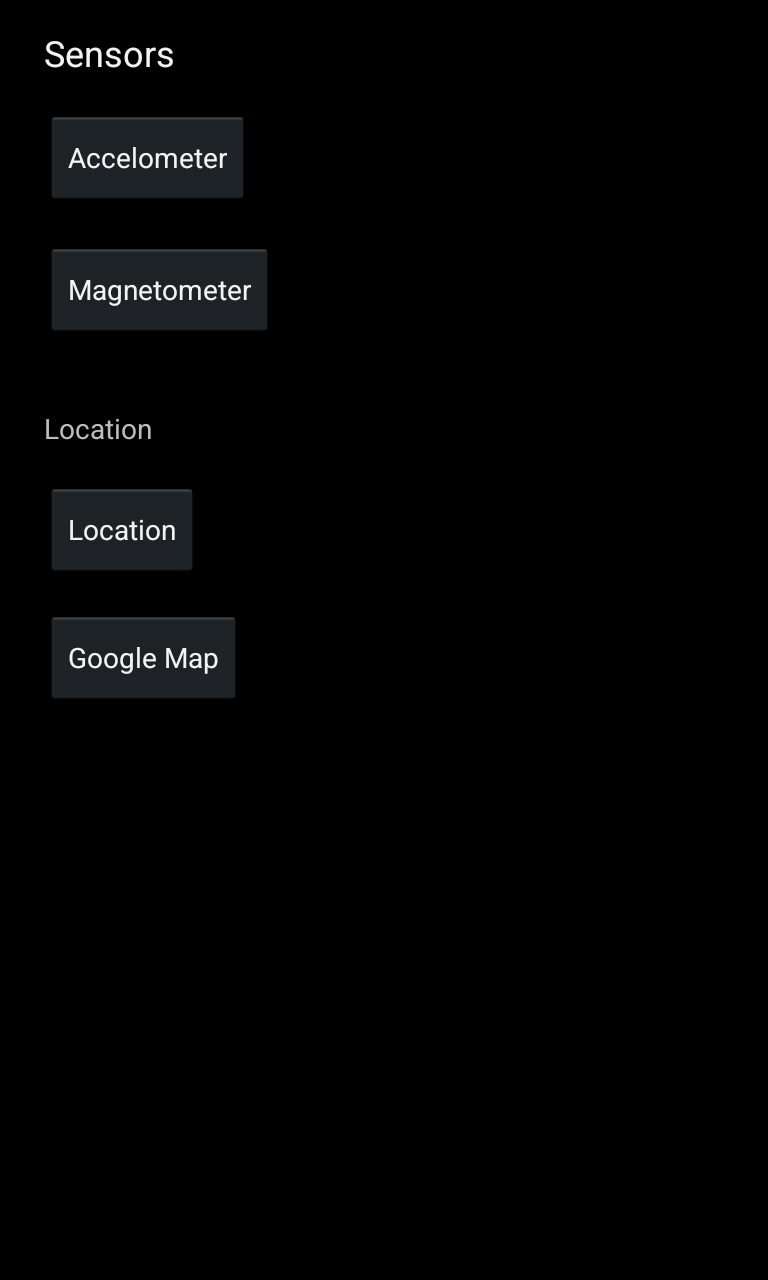
Repository: Amir13/Android_Basic_Steps
Layout: ViewElements5/res/layout/fragment_thrid.xml
These files come from the project's save history. The layout is drawn as it stood at one moment and after a run of saves; the edit follows.
It is drawn on a 768 x 1280 px phone screen (xhdpi) without system bars, with theme android:Theme.Holo; the app's code is not run.

Above is the layout before, as saved 2014-06-23 23:44:40.

### ViewElements5/res/layout/fragment_thrid.xml
<?xml version="1.0" encoding="utf-8"?>
<RelativeLayout xmlns:android="http://schemas.android.com/apk/res/android"
    android:layout_width="match_parent"
    android:layout_height="match_parent"
    android:orientation="vertical" >

    <Button
        android:id="@+id/btnMagnetometer"
        style="?android:attr/buttonStyleSmall"
        android:layout_width="wrap_content"
        android:layout_height="wrap_content"
        android:layout_alignLeft="@+id/btnSensorAcc"
        android:layout_below="@+id/btnSensorAcc"
        android:layout_marginTop="18dp"
        android:text="Magnetometer" />

    <Button
        android:id="@+id/btnSensorAcc"
        style="?android:attr/buttonStyleSmall"
        android:layout_width="wrap_content"
        android:layout_height="wrap_content"
        android:layout_alignParentLeft="true"
        android:layout_below="@+id/textView1"
        android:layout_marginLeft="22dp"
        android:layout_marginTop="16dp"
        android:text="Accelometer" />

    <TextView
        android:id="@+id/textView1"
        android:layout_width="wrap_content"
        android:layout_height="wrap_content"
        android:layout_alignLeft="@+id/btnSensorAcc"
        android:layout_alignParentTop="true"
        android:layout_marginTop="14dp"
        android:text="Sensors"
        android:textAppearance="?android:attr/textAppearanceMedium" />

    <TextView
        android:id="@+id/textView2"
        android:layout_width="wrap_content"
        android:layout_height="wrap_content"
        android:layout_alignLeft="@+id/btnMagnetometer"
        android:layout_below="@+id/btnMagnetometer"
        android:layout_marginTop="36dp"
        android:text="Location" />

    <Button
        android:id="@+id/btnLocation"
        android:layout_width="wrap_content"
        android:layout_height="wrap_content"
        style="?android:attr/buttonStyleSmall"
        android:layout_alignLeft="@+id/textView2"
        android:layout_below="@+id/textView2"
        android:layout_marginTop="17dp"
        android:text="Location" />

    <Button
        android:id="@+id/btnMap"
        android:layout_width="wrap_content"
        android:layout_height="wrap_content"
        style="?android:attr/buttonStyleSmall"
        android:layout_alignLeft="@+id/btnLocation"
        android:layout_below="@+id/btnLocation"
        android:layout_marginTop="16dp"
        android:text="Google Map" />

</RelativeLayout>

After the next 2 saves:
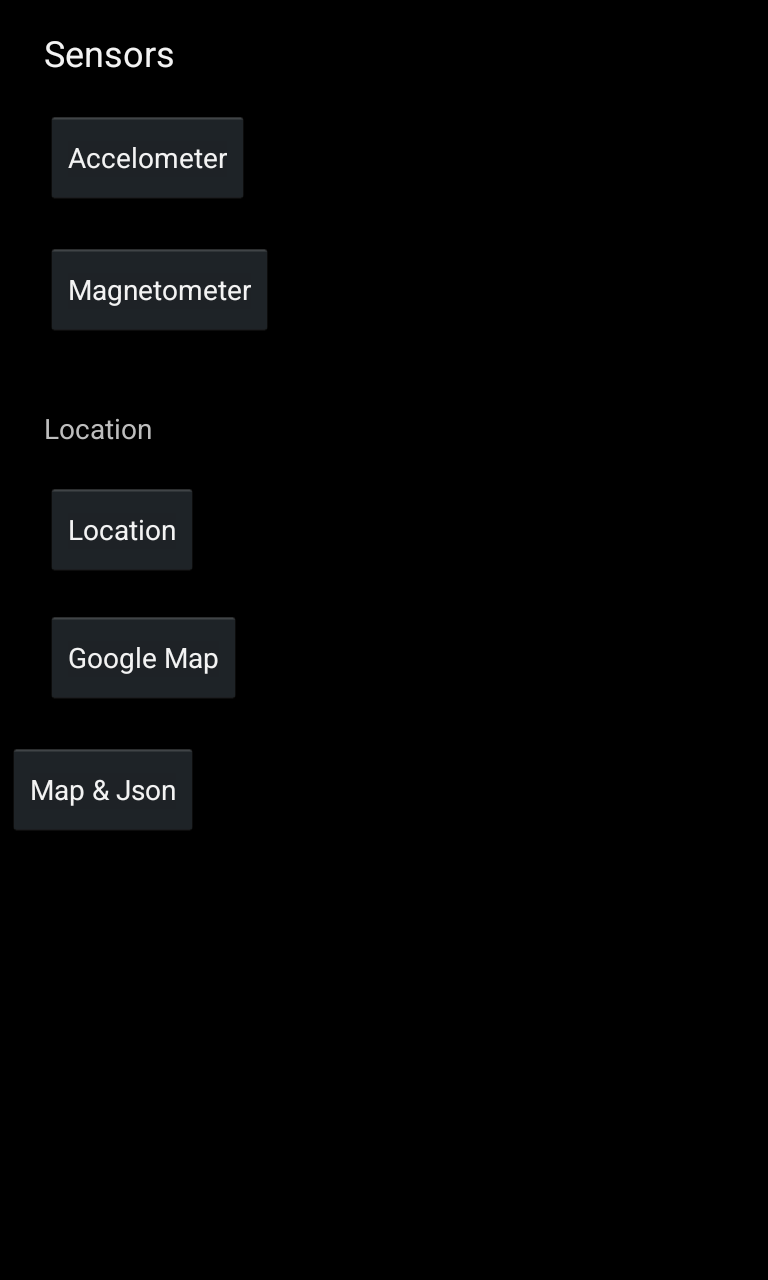
The 2 saves are shown as one change because 1 did not build or start.
The last was saved 44 min 54 s later.
--- a/ViewElements5/res/layout/fragment_thrid.xml
+++ b/ViewElements5/res/layout/fragment_thrid.xml
@@ -64,4 +64,14 @@
         android:layout_marginTop="16dp"
         android:text="Google Map" />
 
+    <Button
+        android:id="@+id/btnMapJson"
+        style="?android:attr/buttonStyleSmall"
+        android:layout_width="wrap_content"
+        android:layout_height="wrap_content"
+        android:layout_alignRight="@+id/btnLocation"
+        android:layout_below="@+id/btnMap"
+        android:layout_marginTop="18dp"
+        android:text="Map &amp; Json" />
+
 </RelativeLayout>
